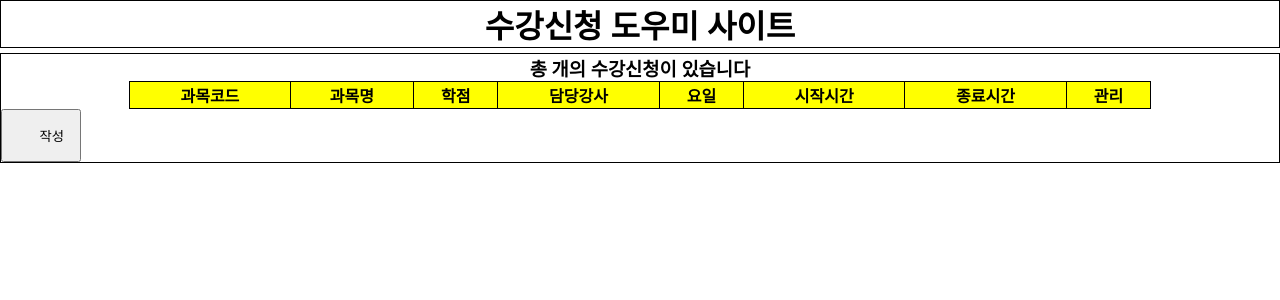
Repository: Tor1a/SpringSet
Page: http://localhost/practice02/WEB-INF/views/home.jsp
These files come from the project's save history. The page is drawn as it stood at one moment and after the next save; the edit follows.
The browser window is 1280 px wide. The pictures show the whole page.
The page is served by Tomcat 9. Nobody is signed in. The template is opened directly, without the code that normally fills it, so the values that code supplies are empty.

Above is the page before, as saved 2022-04-15 00:13:50.

After the next save:
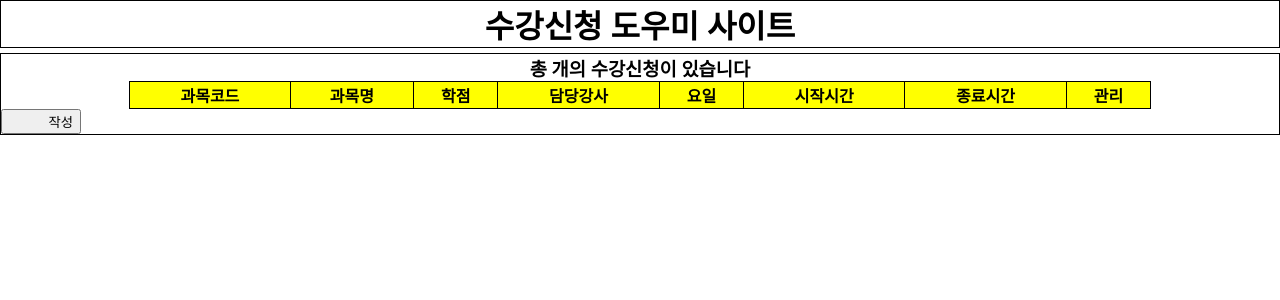
Saved 10 s later.
--- a/practice02/src/main/webapp/resources/css/home.css
+++ b/practice02/src/main/webapp/resources/css/home.css
@@ -12,7 +12,7 @@ body{width: auto; hight: auto;}
 
 #content {display:flex; flex-direction: column; justify-content: center; border: 1px solid black;}
 
-#add {display: flex; justify-content:flex-end;  padding: 15px 15px; width: 80px; hight: 30px;
+#add {display: flex; justify-content:flex-end;  ; width: 80px; hight: 30px;
 		text-align: center;}
 
 .liTb {margin: auto; border-collapse: collapse; border: 1px solid black; width: 80%;}
